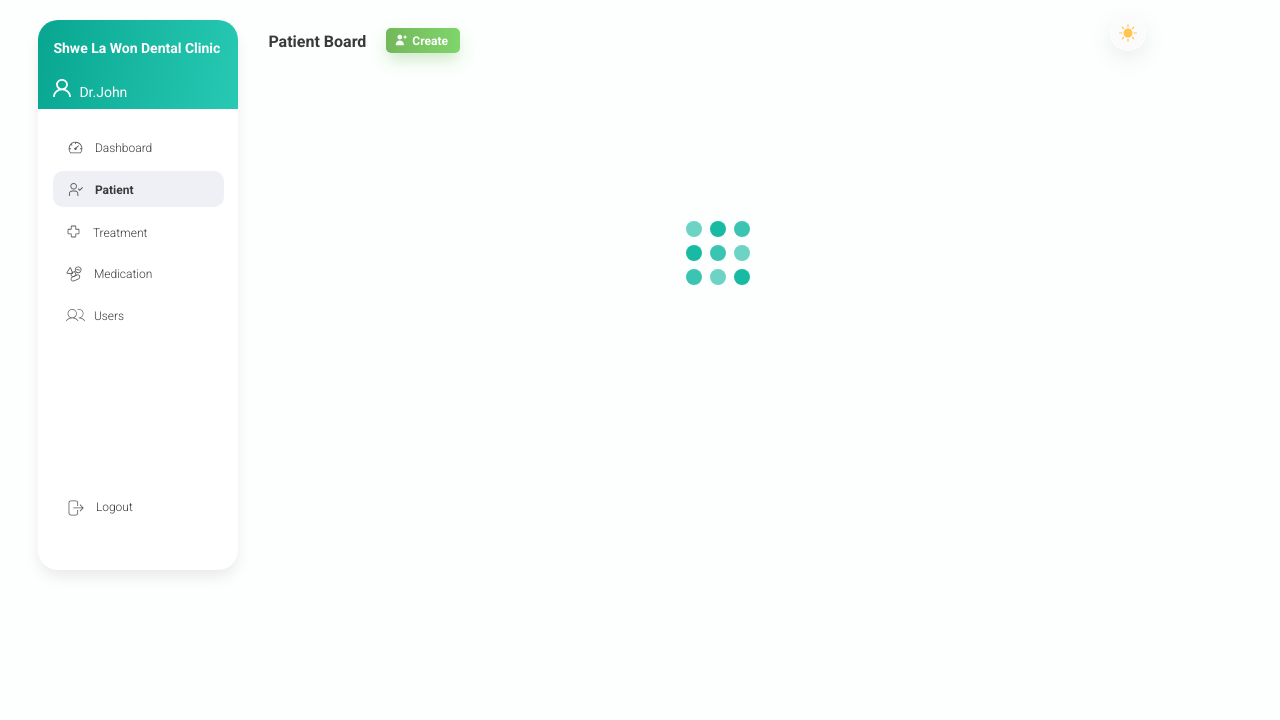
Repository: mrkaskar/frontendpatientrecord_typescript
Page: /patient
The author's editor kept a copy of each file at every save. The page is drawn from the files as they stood at one save, then again after the next save.
The browser window is 1280 px wide. The pictures show the whole page.
The page's requests for data from a server got no answer. An inner scrolling area shows only its first screen. The project was rebuilt for these pictures with package versions that can differ from the ones it lists, and the page was loaded fresh each time. No one was signed in, and anything a server would have sent is missing. Also part of the build but not shown: src/components/checkbox/styles/index.css, src/components/checkbox/main.tsx, src/components/dropdown/styles/index.css, src/components/dropdown/main.tsx, src/components/iconbutton/styles/index.css, src/components/iconbutton/main.tsx, src/components/table/styles/index.css, src/components/table/main.tsx and 36 more.

Above is the page before, as saved 2021-12-26 21:22:23.

### src/index.tsx
import React from 'react';
import ReactDOM from 'react-dom';
import './index.css';
import { QueryClient, QueryClientProvider } from 'react-query';
import App from './App';
import ThemeProvider from './components/global/context/ThemeProvider';

const queryClient = new QueryClient();

ReactDOM.render(
  <ThemeProvider>
    <QueryClientProvider client={queryClient}>
      <App />
    </QueryClientProvider>
  </ThemeProvider>,
  document.getElementById('root'),
);

### src/index.css
body {
  margin: 0;
  font-family: -apple-system, BlinkMacSystemFont, 'Segoe UI', 'Roboto', 'Oxygen',
    'Ubuntu', 'Cantarell', 'Fira Sans', 'Droid Sans', 'Helvetica Neue',
    sans-serif;
  -webkit-font-smoothing: antialiased;
  -moz-osx-font-smoothing: grayscale;
}
body,
html {
  margin: 0;
  padding: 0;
}
* {
  box-sizing: border-box;
}
code {
  font-family: source-code-pro, Menlo, Monaco, Consolas, 'Courier New',
    monospace;
}

### src/App.tsx
import React, { useContext } from 'react';
import './App.css';
import {
  BrowserRouter as Router,
  Switch,
  Route,
} from 'react-router-dom';
import Colors from './components/global/themes/colors';
import { Toggler, Navbar } from './components';
import { ThemeContext } from './components/global/context/ThemeProvider';
import Dashboard from './screens/large/Dashboard';
import Patient from './screens/large/Patient';
import Medication from './screens/large/Medication';
import Treatment from './screens/large/Treatment';
import Users from './screens/large/Users';

function App():JSX.Element {
  const { theme } = useContext(ThemeContext);
  return (
    <div
      className="App"
      style={{
        backgroundColor: Colors.background[theme],
      }}
    >
      <Router>
        <div id="space">
          <div id="nav-space">
            <Navbar />
          </div>
          <div id="body-space">
            <span id="toggler">
              <Toggler />
            </span>
            <Switch>
              <Route path="/" exact component={Dashboard} />
              <Route path="/patient" exact component={Patient} />
              <Route path="/medication" exact component={Medication} />
              <Route path="/treatment" exact component={Treatment} />
              <Route path="/users" exact component={Users} />
            </Switch>
          </div>
        </div>
      </Router>
    </div>

  );
}

export default App;

### src/components/global/context/ThemeProvider.tsx
import React, { createContext } from 'react';

type Theme = 'light' | 'dark';

export interface IThemeContext {
  theme: Theme;
  toggleTheme: () => null
}
export const ThemeContext = createContext<IThemeContext>({
  theme: 'light',
  toggleTheme: () => null,
});

function ThemeProvider({ children }:{children: JSX.Element}):JSX.Element {
  const [theme, setTheme] = React.useState<Theme>('light');
  let toggleTheme = ():null => {
    setTheme((prevTheme) => (prevTheme === 'light' ? 'dark' : 'light'));
    return null;
  };
  toggleTheme = React.useCallback(toggleTheme, []);

  return (
    <ThemeContext.Provider
      value={{ theme, toggleTheme }}
    >
      {children}
    </ThemeContext.Provider>
  );
}

export default ThemeProvider;

### src/App.css
@import url('https://fonts.googleapis.com/css2?family=Roboto&display=swap');
@import url('https://fonts.googleapis.com/css2?family=Roboto:wght@100;300;400;700&display=swap');
body {
  font-family: 'Roboto', sans-serif;
}

.App {
  transition: 0.3s;
  padding-left: 3%;
  height: 100vh;
  overflow: auto;
}

#space {
  display: flex;
  padding-top: 20px;
}

#body-space {
  position: relative;
  padding-left: 30px;
  padding-top: 0px;
}
#toggler {
  position: absolute;
  right: 0;
  top: -20px;
}

.board-title {
  font-weight: bold;
  display: inline-block;
  margin-top: 8px;
}
#patient-create:hover {
  cursor: pointer;
}
select {
  font-size: 12px;
  height: 24px;
  margin-top: 10px;
  padding: 3px 5px 3px 5px;
  border-radius: 5px;
  border: none;
}

select:focus {
  outline: none;
}

### src/components/global/themes/colors/index.ts
export default {
  background: {
    light: '#FCFFFD',
    dark: '#222626',
  },
  inputback: {
    light: '#F3F3F3',
    dark: '#414141',
  },
  level1: {
    light: '#FFFFFF',
    dark: '#2C2D31',
  },
  text: {
    light: '#3A3A3A',
    dark: '#FFFFFF',
  },
  lightText: {
    light: '#595959',
    dark: '#FFFFFF',
  },
};

### src/components/index.ts
export { default as Checkbox } from './checkbox';
export { default as Dropdown } from './dropdown';
export { default as Table } from './table';
export { default as Toggler } from './global/themes';
export { default as TextBox } from './textbox';
export { default as Modal } from './modal';
export { default as Image } from './imageupload';
export { default as Navbar } from './navbar';
export { default as Dashcard } from './dashcard';
export { default as Button } from './button';
export { default as Loader } from './loading';

### src/screens/large/Patient.tsx
import React, { ReactElement } from 'react';
import { ThemeContext } from '../../components/global/context/ThemeProvider';
import colors from '../../components/global/themes/colors';
import { ReactComponent as Add } from '../../assets/addpatient.svg';
import './Patient.css';
import PatientTable from '../../modules/patient/components/PatientTable';
import CreateModal from '../../modules/patient/components/CreateModal';

function Patient():ReactElement {
  const { theme } = React.useContext(ThemeContext);
  const [modal, setModal] = React.useState(false);
  return (
    <div>
      {modal && <CreateModal modal={modal} setModal={setModal} />}
      <span
        className="board-title"
        style={{
          color: colors.text[theme],
        }}
      >
        Patient Board
        <span
          aria-hidden="true"
          onClick={() => setModal(true)}
          id="patient-create"
          style={{
            display: 'inline-block',
            background: 'linear-gradient(90deg, #73B85A 0%, #87E777 165%)',
            boxShadow: '0px 8px 16px -2px rgba(116, 186, 92, 0.35)',
            borderRadius: '5px',
            boxSizing: 'border-box',
            paddingLeft: '8px',
            width: '74px',
            height: '25px',
            color: 'white',
            paddingTop: '4px',
            position: 'relative',
            marginLeft: '20px',
          }}
        >
          <Add />
          <span style={{
            fontSize: '12px',
            position: 'absolute',
            top: '6px',
            left: '26px',
          }}
          >
            Create
          </span>
        </span>
      </span>

      <div id="patient-board-body">
        <PatientTable />
      </div>
    </div>
  );
}

export default Patient;

### src/modules/patient/components/PatientTable.tsx
import React, { ReactElement } from 'react';
import { useMutation, useQuery, useQueryClient } from 'react-query';
import { Loader, Table } from '../../../components';
import DetailModal from './DetailModal';
import { deletePatient, getAllPatient } from '../api/apiFunctions';
import CreateModal from './CreateModal';
import DeleteModal from '../../global/DeleteModal';

function PatientTable():ReactElement {
  const [detailModal, setDetailModal] = React.useState(false);
  const [editModal, setEditModal] = React.useState(false);
  const [deleteModal, setDeleteModal] = React.useState(false);
  const allpatient = useQuery('patients', getAllPatient);
  const [detailid, setDetailid] = React.useState('initial');
  const [data, setData] = React.useState<{headers:string[], body:string[][]}>({
    headers: ['Registration', 'Name', 'Phone', 'Age', 'Address', 'Actions'],
    body: [[]],
  });
  const [chosen, setChosen] = React.useState<
  {
    id: string
    folderId: string
    reg: string
    name: string
    phone: string
    age: string
    address: string
    total: number
    date: string
    takenTreatment: {id: string, tname: string, cost: number}[]
    medicine: {id: string, mname: string, munit: number, cost: number, stock: string}[]
    medCount: number[]
    images: string[]
  }
  >();
  React.useEffect(() => {
    if (allpatient.data) {
      const patients:string[][] = [];
      allpatient.data.forEach((patient) => {
        patients.push([
          patient.reg,
          patient.name,
          patient.phone,
          patient.age,
          patient.address,
          'actions',
          patient.id,
        ]);
      });
      setData({ ...data, body: patients });
    }
  // eslint-disable-next-line react-hooks/exhaustive-deps
  }, [allpatient.data, detailid]);

  React.useEffect(() => {
    if (detailid.length >= 10 && data.body.length > 0 && allpatient.data) {
      const patient = allpatient.data.find((e) => e.id === detailid);
      if (patient) {
        const { treatment } = patient;
        const chosenP = {
          id: patient.id,
          folderId: patient.folderId,
          reg: patient.reg,
          name: patient.name,
          phone: patient.phone,
          age: patient.age,
          address: patient.address,
          total: patient.total,
          date: patient.date,
          // eslint-disable-next-line no-underscore-dangle
          takenTreatment: treatment.map((ee) => ({ id: ee._id, tname: ee.name, cost: +ee.charge })),
          // eslint-disable-next-line max-len
          medicine: patient.medicine.map((ee, index) => ({
          // eslint-disable-next-line no-underscore-dangle
            id: ee._id,
            mname: ee.name,
            munit: patient.medCount[index],
            cost: +ee.price,
            stock: ee.stock,
          })),
          medCount: patient.medCount,
          images: patient.images,
        };
        setChosen(chosenP);
      }
    }
  // eslint-disable-next-line react-hooks/exhaustive-deps
  }, [data.body, detailid]);

  const queryClient = useQueryClient();

  // eslint-disable-next-line max-len
  const deleteP = useMutation((dataid:{id: string, folderId: string}) => deletePatient(dataid), {
    onSuccess: () => {
      setDeleteModal(false);
    },
  });
  const todelete = ():void => {
    if (chosen) {
      setTimeout(() => {
        setData({ ...data, body: data.body.filter((e) => e[6] !== chosen.id) });
      }, 100);
      setTimeout(() => {
        queryClient.removeQueries('patients');
      }, 100);
      deleteP.mutate({ id: chosen.id, folderId: chosen.folderId });
    }
  };
  return (
    <div>

      {
      detailModal && chosen && (
      <DetailModal
        userdata={chosen}
        setDetailModal={setDetailModal}
      />
      )
    }
      {
      editModal && chosen && (
        <CreateModal
          modal={editModal}
          setModal={setEditModal}
          patientdata={chosen}
        />
      )
    }
      {
        deleteModal && (
          <DeleteModal
            setDeleteModal={setDeleteModal}
            confirm={todelete}
          />
        )
      }
      <div style={{ width: '900px' }}>
        {
      allpatient.isLoading
        ? (
          <div
            style={{
              height: '400px',
              display: 'flex',
              justifyContent: 'center',
              alignItems: 'center',
            }}
          >
            <Loader />
          </div>
        )
        : (
          <Table
            setDetailModal={setDetailModal}
            setEditModal={setEditModal}
            setDeleteModal={setDeleteModal}
            setDetailid={setDetailid}
            data={data}

          />
        )
    }
      </div>
    </div>
  );
}

export default PatientTable;

### src/components/global/themes/main.tsx
import React, { CSSProperties } from 'react';
import { ThemeContext } from '../context/ThemeProvider';
import { ReactComponent as Moon } from './assets/moon.svg';
import { ReactComponent as Sun } from './assets/sun.svg';

function Toggler():JSX.Element {
  const { theme, toggleTheme } = React.useContext(ThemeContext);

  const styles :CSSProperties = {
    width: 80,
    height: 80,
    display: 'flex',
    justifyContent: 'center',
    alignItems: 'center',
  };
  return (
    <div>
      {
        theme === 'light'
          ? (
            <div style={styles} aria-hidden="true" onClick={toggleTheme}>
              <Sun />
            </div>
          )
          : (
            <div style={styles} aria-hidden="true" onClick={toggleTheme}>
              <Moon />
            </div>
          )
      }
    </div>
  );
}

export default Toggler;

### src/components/loading/main.tsx
import React, { ReactElement } from 'react';
import './styles/index.css';

function Loader():ReactElement {
  return (

    <div className="lds-grid">
      <div />
      <div />
      <div />
      <div />
      <div />
      <div />
      <div />
      <div />
      <div />
    </div>
  );
}

export default Loader;

### src/helpers/api/backend.ts
// const base = 'https://backendpatientapp.herokuapp.com';
const base = 'http://localhost:5000';
export const url = `${base}/api`;

### src/modules/patient/api/apiFunctions.ts
import axios from 'axios';
import { url } from '../../../helpers/api/backend';

export interface IPatient {
  id: string;
  reg: string;
  name: string;
  phone: string;
  age: string;
  address: string;
  folderId: string;
  total: number;
  date: string;
  treatment: {_id: string, name: string, charge: string}[];
  medicine: {_id: string, name: string, price: string, stock: string}[];
  medCount: number[];
  images: string[];
}

export async function getAllPatient(): Promise<IPatient[]> {
  const result = await axios.get(`${url}/patients/get`);
  const { data } = result;

  return data;
}

export interface IUploadPatient {
  name: string;
  phone: string;
  address: string;
  regNum: string;
  age: string;
  total: number;
  treatments: string;
  medicine: string;
  images: string;
  id?:string;
}
export async function createPatient(data:IUploadPatient): Promise<void> {
  try {
    await axios.post(`${url}/patients/add`, data);
  } catch {
    throw new Error();
  }
}

export async function updatePatient(data:IUploadPatient): Promise<void> {
  try {
    await axios.post(`${url}/patients/update`, data);
  } catch {
    throw new Error();
  }
}

export async function deletePatient(data:{id: string, folderId: string}): Promise<void> {
  try {
    await axios.post(`${url}/patients/delete`, data);
  } catch {
    throw new Error();
  }
}

### src/components/navbar/styles/index.css
#nav-wrapper {
  box-shadow: 0px 8px 16px -2px rgba(0, 0, 0, 0.09);
  border-radius: 20px;
  width: 200px;
  height: 550px;
}

#nav-header {
  box-sizing: border-box;
  background: linear-gradient(100.95deg, #09a792 2.81%, #32d5bf 132.37%);
  border-radius: 20px 20px 0px 0px;
  width: 200px;
  height: 89px;
  color: white;
  padding-top: 20px;
  padding-left: 15px;
  font-size: 14px;
  margin-bottom: 20px;
}

#title {
  font-weight: bold;
  display: block;
  margin-bottom: 23px;
}

#username {
  margin-left: 8px;
}

a {
  color: inherit;
  text-decoration: none;
}

### src/components/loading/styles/index.css
.lds-grid {
  display: inline-block;
  position: relative;
  width: 80px;
  height: 80px;
}
.lds-grid div {
  position: absolute;
  width: 16px;
  height: 16px;
  border-radius: 50%;
  background: rgb(0, 179, 155);
  animation: lds-grid 1.2s linear infinite;
}
.lds-grid div:nth-child(1) {
  top: 8px;
  left: 8px;
  animation-delay: 0s;
}
.lds-grid div:nth-child(2) {
  top: 8px;
  left: 32px;
  animation-delay: -0.4s;
}
.lds-grid div:nth-child(3) {
  top: 8px;
  left: 56px;
  animation-delay: -0.8s;
}
.lds-grid div:nth-child(4) {
  top: 32px;
  left: 8px;
  animation-delay: -0.4s;
}
.lds-grid div:nth-child(5) {
  top: 32px;
  left: 32px;
  animation-delay: -0.8s;
}
.lds-grid div:nth-child(6) {
  top: 32px;
  left: 56px;
  animation-delay: -1.2s;
}
.lds-grid div:nth-child(7) {
  top: 56px;
  left: 8px;
  animation-delay: -0.8s;
}
.lds-grid div:nth-child(8) {
  top: 56px;
  left: 32px;
  animation-delay: -1.2s;
}
.lds-grid div:nth-child(9) {
  top: 56px;
  left: 56px;
  animation-delay: -1.6s;
}
@keyframes lds-grid {
  0%,
  100% {
    opacity: 1;
  }
  50% {
    opacity: 0.5;
  }
}

### src/components/navbar/nav-item/main.tsx
import React, { ReactElement } from 'react';
import './styles/index.css';

interface INavItem{
  Icon: React.FunctionComponent<React.SVGProps<SVGSVGElement>>
  label: string
  active?: boolean
  theme: 'dark' | 'light'
}

function Navitem({
  Icon, label, active, theme,
}:INavItem):ReactElement {
  return (
    <div
      className={`nav-item-wrapper ${active ? 'nav-active' : null}`}
      style={{
        // eslint-disable-next-line no-nested-ternary
        backgroundColor: active ? (theme === 'light' ? '#EEF0F6' : '#35363B') : '',

      }}
    >
      <div className={`nav-icon ${label}-icon`}>
        <Icon
          style={{
            filter: `${theme === 'dark' ? 'invert(100%) sepia(0%) saturate(8%) hue-rotate(236deg) brightness(104%) contrast(105%)' : ''}`,
          }}
        />
      </div>
      <div className={`nav-label ${label}`}>
        {label}
      </div>
    </div>
  );
}

Navitem.defaultProps = {
  active: false,
};

export default Navitem;

### src/components/navbar/nav-item/styles/index.css
.nav-item-wrapper {
  box-sizing: border-box;
  padding: 11px 0px 7px 15px;
  height: 36px;
  font-size: 12px;
  width: 171px;
  margin: 0 auto;
  display: flex;
  margin-bottom: 6px;
  font-weight: 300;
}
.nav-item-wrapper:hover {
  cursor: pointer;
}

.nav-active {
  font-weight: bold;
  border-radius: 10px;
}
.nav-label {
  margin-left: 12px;
  display: inline-block;
  height: 15px;
}
.Users {
  margin-top: 1px;
  margin-left: 8px;
}
.Dashboard {
  margin-top: 1px;
}
.Patient {
  margin-top: 1px;
}
.Medication {
  margin-top: 1px;
  margin-left: 10px;
}
.Treatment {
  margin-top: 2px;
}
.Treatment-icon {
  margin-left: -2px;
}
.Medication-icon {
  margin-left: -4px;
  margin-top: -2px;
}
.Users-icon {
  margin-left: -3px;
  margin-top: -3px;
}

Loaded but not shown: public/index.html (common file); src/components/checkbox/index.ts (common file); src/components/dropdown/index.ts (common file); src/components/table/index.ts (common file); src/components/global/themes/index.ts (common file); src/components/textbox/index.ts (common file); src/components/modal/index.ts (common file); src/components/imageupload/index.ts (common file); src/components/navbar/index.ts (common file); src/components/dashcard/index.ts (common file); src/components/button/index.ts (common file); src/components/loading/index.ts (common file); src/components/navbar/nav-item/index.ts (common file); src/components/navbar/main.tsx (109 lines, source omitted)

After the next save:
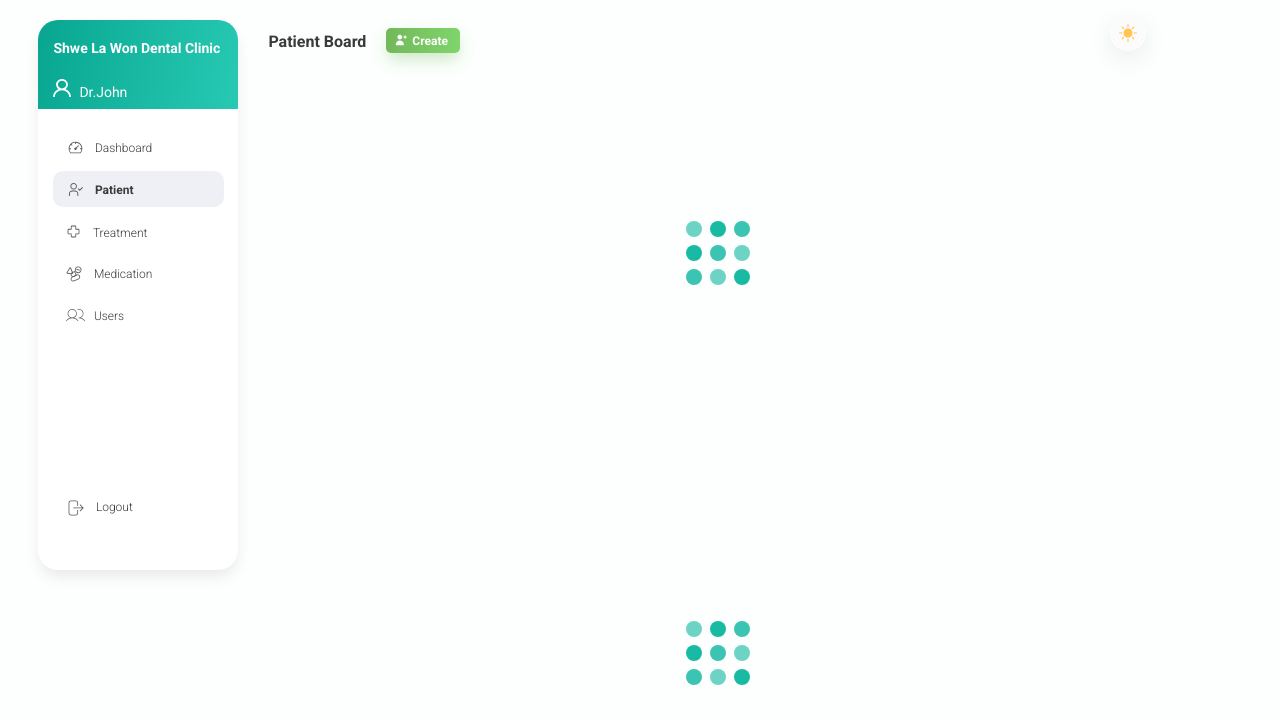
Saved 3 min 45 s later.
--- a/src/modules/patient/components/PatientTable.tsx
+++ b/src/modules/patient/components/PatientTable.tsx
@@ -127,11 +127,22 @@
       )
     }
       {
-        deleteModal && (
+        deleteModal && !deleteP.isLoading ? (
           <DeleteModal
             setDeleteModal={setDeleteModal}
             confirm={todelete}
           />
+        ) : (
+          <div
+            style={{
+              height: '400px',
+              display: 'flex',
+              justifyContent: 'center',
+              alignItems: 'center',
+            }}
+          >
+            <Loader />
+          </div>
         )
       }
       <div style={{ width: '900px' }}>

After the 3 saves that followed:
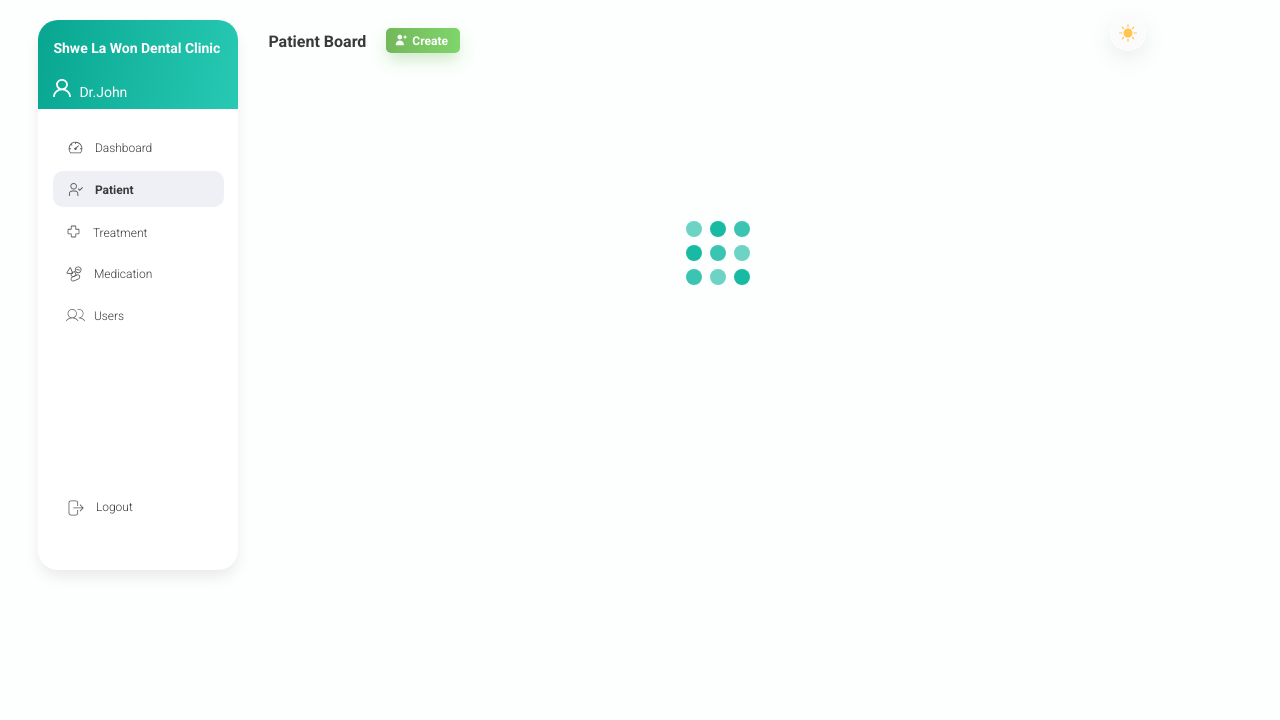
The 3 saves are shown as one change because 1 did not build or start and some came seconds apart.
The last was saved 93 s later.
--- a/src/modules/patient/components/PatientTable.tsx
+++ b/src/modules/patient/components/PatientTable.tsx
@@ -127,23 +127,26 @@
       )
     }
       {
+        // eslint-disable-next-line no-nested-ternary
         deleteModal && !deleteP.isLoading ? (
           <DeleteModal
             setDeleteModal={setDeleteModal}
             confirm={todelete}
           />
-        ) : (
-          <div
-            style={{
-              height: '400px',
-              display: 'flex',
-              justifyContent: 'center',
-              alignItems: 'center',
-            }}
-          >
-            <Loader />
-          </div>
-        )
+        ) : deleteP.isLoading
+          ? (
+            <div
+              style={{
+                height: '400px',
+                display: 'flex',
+                justifyContent: 'center',
+                alignItems: 'center',
+              }}
+            >
+              <Loader />
+            </div>
+          )
+          : null
       }
       <div style={{ width: '900px' }}>
         {
